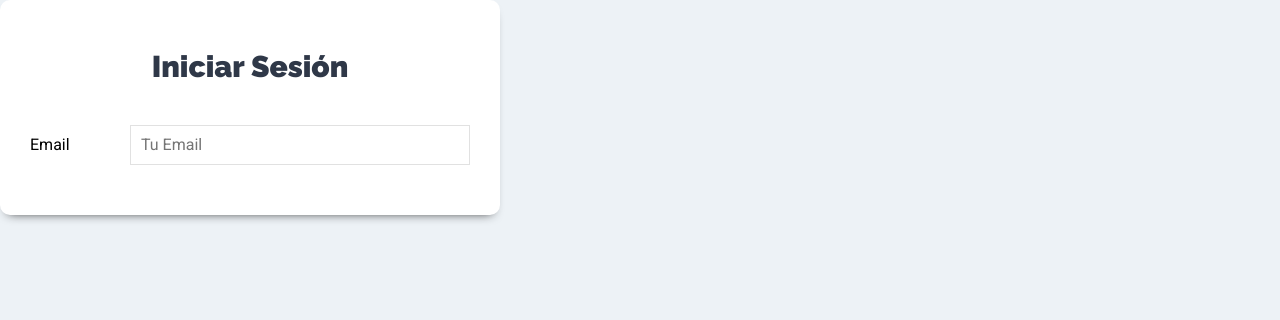
Repository: tive02/MERNTask-cliente
Page: /
The author's editor kept a copy of each file at every save. The page is drawn from the files as they stood at one save, then again after the next save.
The browser window is 1280 px wide. The pictures show the whole page.
The project was rebuilt for these pictures with package versions that can differ from the ones it lists, and the page was loaded fresh each time. Also part of the build but not shown: src/components/auth/NuevaConsulta.js, src/components/proyectos/Proyectos.js.

Above is the page before, as saved 2021-03-19 19:38:48.

### public/index.html
<!DOCTYPE html>
<html lang="en">
  <head>
    <meta charset="utf-8" />
    <link rel="icon" href="%PUBLIC_URL%/favicon.ico" />
    <meta name="viewport" content="width=device-width, initial-scale=1" />
    <meta name="theme-color" content="#000000" />
    <meta
      name="description"
      content="Web site created using create-react-app"
    />
    <link rel="apple-touch-icon" href="logo192.png" />

    <link rel="manifest" href="%PUBLIC_URL%/manifest.json" />
    <link
      rel="stylesheet"
      href="https://cdnjs.cloudflare.com/ajax/libs/normalize/8.0.1/normalize.min.css"
    />
    <link
      href="https://fonts.googleapis.com/css?family=Raleway:400,900|Roboto:300,400,700&display=swap"
      rel="stylesheet"
    />
    <title>MERNTasks</title>
  </head>
  <body>
    <noscript>You need to enable JavaScript to run this app.</noscript>
    <div id="root"></div>
  </body>
</html>

### src/index.css
:root {
  --blanco: #ffffff;
  --gris1: #edf2f6;
  --gris2: #2f3848;
  --gris3: #1a202d;
  --negro: #000000;
  --headingFont: "Raleway", sans-serif;
  --textFont: "Roboto", sans-serif;
}
*,
*:before,
*:after {
  box-sizing: inherit;
}
html {
  box-sizing: border-box;
  height: 100%;
  font-size: 62.5%;
}
body {
  min-height: 100%;
  background-color: var(--gris1);
  font-size: 16px;
  font-size: 1.6rem;
  font-family: var(--textFont);
}

h1,
h2 {
  font-family: var(--headingFont);
  font-weight: 900;
  margin: 0 0 4rem 0;
  text-align: center;
  color: var(--gris2);
}
h1 span {
  font-weight: 400;
}
h1 {
  font-size: 3rem;
}
h2 {
  font-size: 2.4rem;
}
ul {
  list-style: none;
  padding: 0;
  margin: 0;
}
a {
  text-decoration: none;
  color: var(--gris2);
}

/** BOTONES **/
.btn {
  margin-top: 2rem;
  font-family: var(--headingFont);
  padding: 1.5rem;
  font-size: 1.4;
  font-weight: 400;
  border-radius: 0.5rem;
  border: none;
  transition: background-color 0.3s ease;
}
.btn:hover {
  cursor: pointer;
}
.btn-primario {
  background-color: var(--gris2);
  color: var(--blanco);
}
.btn-primario:hover {
  background: var(--gris3);
}
.btn-secundario {
  background-color: var(--gris1);
}
.btn-block {
  display: block;
  width: 100%;
}
.btn-submit:hover {
  background-color: var(--gris2);
}
.btn-blank {
  margin: 0;
  padding: 0;
  display: block;
  background-color: transparent;
}

@media (min-width: 768px) {
  .contenedor-app {
    display: flex;
    min-height: 100vh;
  }

  aside {
    background-color: var(--blanco);
    flex: 0 0 300px;
  }
  .seccion-principal {
    flex: 1;
  }
}

/* BARRA LATERAL */
aside {
  padding: 3rem;
}

.formulario-nuevo-proyecto {
  margin-top: 6rem;
}
.formulario-nuevo-proyecto .input-text {
  border-bottom: 1px solid var(--gris2);
  border-radius: 0;
  background-color: var(--gris1);
}
.formulario-nuevo-proyecto .input-text::placeholder {
  color: var(--gris2);
}
.proyectos {
  margin-top: 10rem;
}
.listado-proyectos li {
  margin-bottom: 2rem;
}
.listado-proyectos li a {
  font-size: 1.4rem;
  color: var(--gris2);
  line-height: 1.5;
  font-weight: 300;
}
.app-header {
  display: flex;
  justify-content: space-between;
  background-color: var(--gris2);
  padding: 4rem;
}
.nombre-usuario {
  color: var(--blanco);
  font-size: 2.2rem;
  margin: 0;
}
.nombre-usuario span {
  font-weight: 900;
}
.nav-principal a {
  color: var(--blanco);
  text-decoration: none;
}
.nav-principal a:first-of-type {
  margin-right: 2rem;
}

/** Formulario crear y editar tareas **/
.formulario {
  background-color: var(--gris3);
  padding: 4rem;
}
.formulario form {
  max-width: 600px;
  margin: 0 auto;
}
.contenedor-input {
  display: flex;
}
.contenedor-input label {
  margin-bottom: 1rem;
  color: var(--blanco);
}
.input-text {
  padding: 1rem;
  border: none;
  border-radius: 0.5rem;
  flex: 1;
  width: 100%;
}

/** TAREAS LISTADO **/
.contenedor-tareas {
  padding: 4rem;
}

.listado-tareas {
  max-width: 600px;
  margin: 0 auto;
}

.tarea {
  display: flex;
  justify-content: space-between;
  background-color: var(--blanco);
  padding: 0.5rem 2rem;
  align-items: center;
  margin-bottom: 1rem;
  border-radius: 0.5rem;
}
.sombra {
  -webkit-box-shadow: 0px 4px 10px -3px rgba(117, 117, 117, 1);
  -moz-box-shadow: 0px 4px 10px -3px rgba(117, 117, 117, 1);
  box-shadow: 0px 4px 10px -3px rgba(117, 117, 117, 1);
}
.sombra-dark {
  -webkit-box-shadow: 0px 6px 11px -8px rgba(0, 0, 0, 0.9);
  -moz-box-shadow: 0px 6px 11px -8px rgba(0, 0, 0, 0.9);
  box-shadow: 0px 6px 11px -8px rgba(0, 0, 0, 0.9);
}
.tarea .acciones .btn:first-of-type {
  margin-right: 1rem;
}
.tarea p {
  font-size: 1.6rem;
  flex: 1;
  padding-right: 2rem;
}
.tarea .btn {
  padding: 0.8rem;
  font-size: 1.4rem;
  border-radius: 0;
  margin: 0;
}

.estado {
  margin-right: 1rem;
}
.estado button,
.mensaje {
  font-weight: 900;
  font-family: var(--textFont);
  font-size: 1rem;
  padding: 0.5rem;
  border-radius: 0.5rem;
  cursor: pointer;
  border: none;
}
.mensaje {
  text-align: center;
  font-size: 1.6rem;
  border-radius: 0;
}
.mensaje:hover {
  cursor: default;
}
.completo,
.correcto {
  background-color: rgba(154, 252, 154, 0.3);
  color: var(--gris3);
}
.incompleto {
  background-color: rgba(255, 178, 178, 0.4);
  color: var(--gris3);
}
.error {
  max-width: 600px;
  margin: 2rem auto 0 auto;
  background-color: rgb(170, 0, 0);
  color: var(--blanco);
}

.tarea-enter,
.proyecto-enter {
  opacity: 0;
}
.tarea-enter-active,
.proyecto-enter-active {
  opacity: 1;
  transition: opacity 200ms;
}
.tarea-exit,
.proyecto-exit {
  opacity: 1;
}
.tarea-exit-active,
.proyecto-exit-active {
  opacity: 0;
  transition: opacity 200ms;
}

.form-usuario {
  background-color: var(--gris2);
  height: 100vh;
  min-height: 800px;
  display: flex;
  align-items: center;
  justify-content: center;
}

.contenedor-form {
  padding: 5rem 3rem;
  max-width: 500px;
  width: 95%;
  background-color: var(--blanco);
  border-radius: 1rem;
}

.campo-form {
  display: flex;
  margin-bottom: 2rem;
  align-items: center;
}
.campo-form:last-of-type {
  margin: 0;
}
.campo-form label {
  flex: 0 0 100px;
  font-family: var(--textFont);
}
.campo-form input[type="password"],
.campo-form input[type="email"],
.campo-form input[type="text"] {
  border: 1px solid #e1e1e1;
  padding: 1rem;
  flex: 1;
}

.enlace-cuenta {
  margin-top: 2rem;
  display: block;
  opacity: 0.7;
}

### src/App.js
import React from "react";
import { BrowserRouter as Router, Switch, Route } from "react-router-dom";
import Login from "./components/auth/Login";
import NuevaConsulta from "./components/auth/NuevaConsulta";
import Proyectos from "./components/proyectos/Proyectos";

function App() {
  return (
    <Router>
      <Switch>
        <Route exact path="/" component={Login} />
        <Route exact path="/nueva-cuenta" component={NuevaConsulta} />
        <Route exact path="/proyectos" component={Proyectos} />
      </Switch>
    </Router>
  );
}

export default App;

### src/components/auth/Login.js
import React from "react";

const Login = () => {
  const onChange = () => {};
  return (
    <div className="form-usuarios">
      <div className="contenedor-form sombra-dark">
        <h1>Iniciar Sesión</h1>
        <form>
          <div className="campo-form">
            <label htmlFor="email">Email </label>
            <input
              type="email"
              id="email"
              name="email"
              placeholder="Tu Email"
              onChange={onChange}
            />
          </div>
        </form>
      </div>
    </div>
  );
};

export default Login;

Loaded but not shown: src/index.js (common file); src/reportWebVitals.js (common file)

After the next save:
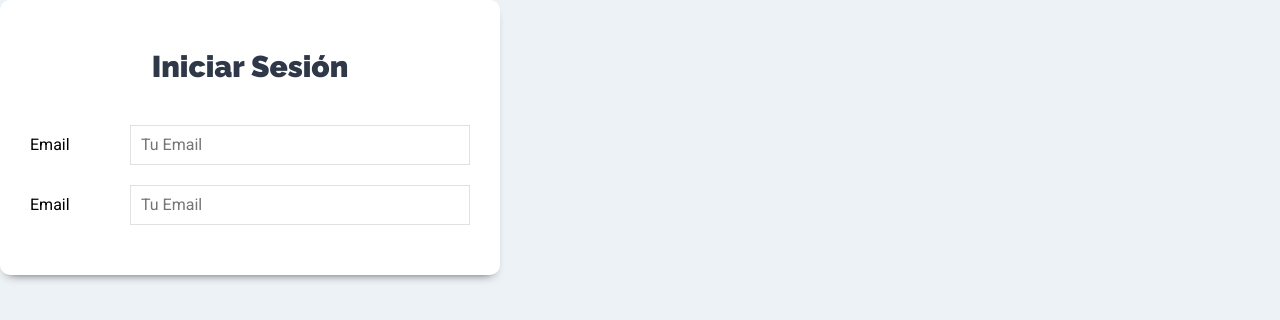
Saved 34 s later.
--- a/src/components/auth/Login.js
+++ b/src/components/auth/Login.js
@@ -17,6 +17,16 @@ const Login = () => {
               onChange={onChange}
             />
           </div>
+          <div className="campo-form">
+            <label htmlFor="email">Email </label>
+            <input
+              type="email"
+              id="email"
+              name="email"
+              placeholder="Tu Email"
+              onChange={onChange}
+            />
+          </div>
         </form>
       </div>
     </div>
